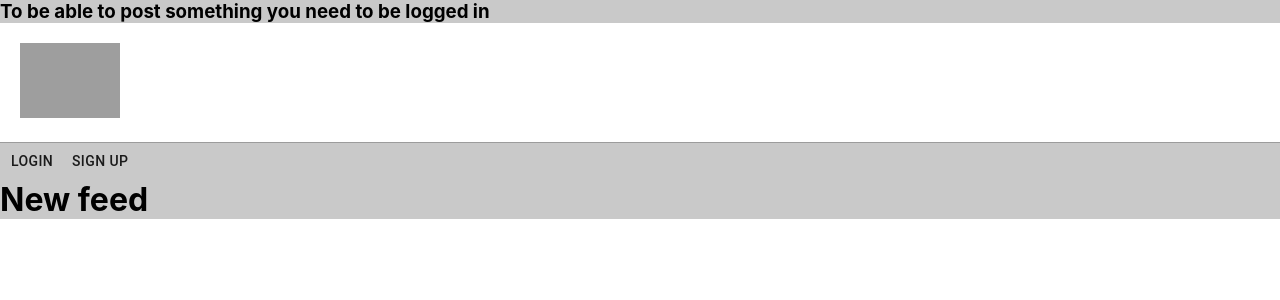
Repository: SerbanLuca/Instagram-clone
Page: /
An editor plug-in stored every save of this project. The page is shown before and after the next save, followed by the edit.
The browser window is 1280 px wide. The pictures show the whole page.
Pictures or frames that could not be fetched are drawn as grey boxes. The page's requests for data from a server got no answer. The project was rebuilt for these pictures with package versions that can differ from the ones it lists, and the page was loaded fresh each time. No one was signed in, and anything a server would have sent is missing. Also part of the build but not shown: src/components/Post.css, src/components/Post.js, src/components/ImageUpload.js.

Above is the page before, as saved 2021-05-24 21:32:08.

After the next save:
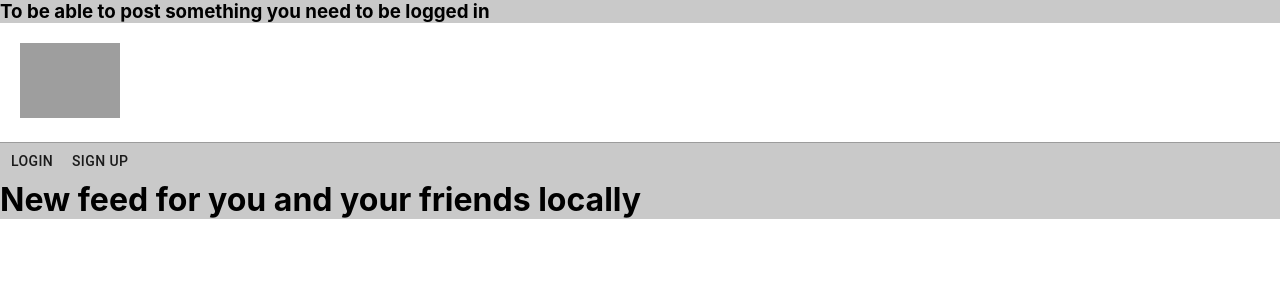
Saved 6 min 33 s later.
--- a/src/App.js
+++ b/src/App.js
@@ -138,7 +138,7 @@ function App() {
               <Button type='submit'onClick={() => setOpen(true)}>Sign Up</Button>
           </div>
       )}
-      <h1>New feed</h1>
+      <h1>New feed for you and your friends locally</h1>
       {
         posts.map(({id, post}) => (
           <Post key={id} postId={id} user={user} username={post.username} caption={post.caption} imageURL={post.imageURL}/>
